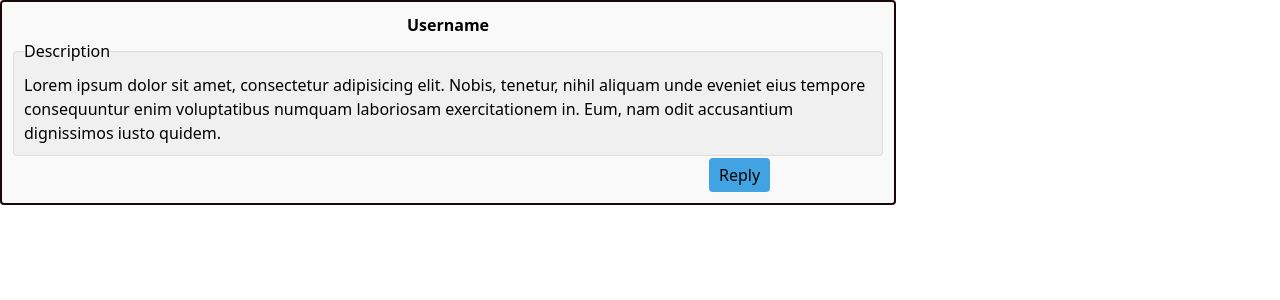
Repository: Yahya9102/Java22-ux22-Sideproject-main
Page: /
An editor plug-in stored every save of this project. The page is shown before and after the next save, followed by the edit.
The browser window is 1280 px wide. The pictures show the whole page.
The project was rebuilt for these pictures with package versions that can differ from the ones it lists, and the page was loaded fresh each time. The framework's server and built-in components were replaced by stand-ins that run in the browser. Also part of the build but not shown: next.config.js.

Above is the page before, as saved 2023-04-13 10:23:35.

### pages/index.tsx
import { NextPage } from "next"
import Body from "@/p-components/body"

interface Props {}

const Index: NextPage<Props> = ({}) => {
  return (
    <div>
      <Body />
    </div>
  )
}

export default Index

### styles/globals.css
@tailwind base;
@tailwind components;
@tailwind utilities;
/*
:root {
  --max-width: 1100px;
  --border-radius: 12px;
  --font-mono: ui-monospace, Menlo, Monaco, "Cascadia Mono", "Segoe UI Mono",
    "Roboto Mono", "Oxygen Mono", "Ubuntu Monospace", "Source Code Pro",
    "Fira Mono", "Droid Sans Mono", "Courier New", monospace;

  --foreground-rgb: 0, 0, 0;
  --background-start-rgb: 214, 219, 220;
  --background-end-rgb: 255, 255, 255;

  --primary-glow: conic-gradient(
    from 180deg at 50% 50%,
    #16abff33 0deg,
    #0885ff33 55deg,
    #54d6ff33 120deg,
    #0071ff33 160deg,
    transparent 360deg
  );
  --secondary-glow: radial-gradient(
    rgba(255, 255, 255, 1),
    rgba(255, 255, 255, 0)
  );

  --tile-start-rgb: 239, 245, 249;
  --tile-end-rgb: 228, 232, 233;
  --tile-border: conic-gradient(
    #00000080,
    #00000040,
    #00000030,
    #00000020,
    #00000010,
    #00000010,
    #00000080
  );

  --callout-rgb: 238, 240, 241;
  --callout-border-rgb: 172, 175, 176;
  --card-rgb: 180, 185, 188;
  --card-border-rgb: 131, 134, 135;
}

@media (prefers-color-scheme: dark) {
  :root {
    --foreground-rgb: 255, 255, 255;
    --background-start-rgb: 0, 0, 0;
    --background-end-rgb: 0, 0, 0;

    --primary-glow: radial-gradient(rgba(1, 65, 255, 0.4), rgba(1, 65, 255, 0));
    --secondary-glow: linear-gradient(
      to bottom right,
      rgba(1, 65, 255, 0),
      rgba(1, 65, 255, 0),
      rgba(1, 65, 255, 0.3)
    );

    --tile-start-rgb: 2, 13, 46;
    --tile-end-rgb: 2, 5, 19;
    --tile-border: conic-gradient(
      #ffffff80,
      #ffffff40,
      #ffffff30,
      #ffffff20,
      #ffffff10,
      #ffffff10,
      #ffffff80
    );

    --callout-rgb: 20, 20, 20;
    --callout-border-rgb: 108, 108, 108;
    --card-rgb: 100, 100, 100;
    --card-border-rgb: 200, 200, 200;
  }
}

* {
  box-sizing: border-box;
  padding: 0;
  margin: 0;
}

html,
body {
  max-width: 100vw;
  overflow-x: hidden;
}

body {
  color: rgb(var(--foreground-rgb));
  background: linear-gradient(
      to bottom,
      transparent,
      rgb(var(--background-end-rgb))
    )
    rgb(var(--background-start-rgb));
}

a {
  color: inherit;
  text-decoration: none;
}

@media (prefers-color-scheme: dark) {
  html {
    color-scheme: dark;
  }
}
*/

### p-components/body.tsx
import { NextPage } from "next"
import styles from "p-components/styles/body.module.css"

interface Props {}

const Body: NextPage<Props> = ({}) => {
  return (
    <fieldset className={styles.fieldset_body}>
      <table>
        <thead>
          <tr>
            <th className={styles.tableHeader_body}>Username</th>
          </tr>
        </thead>

        <tbody>
          <tr>
            <td>
              <fieldset className={styles.fieldset_row}>
                <legend>Description</legend>
                <p>
                  Lorem ipsum dolor sit amet, consectetur adipisicing elit.
                  Nobis, tenetur, nihil aliquam unde eveniet eius tempore
                  consequuntur enim voluptatibus numquam laboriosam
                  exercitationem in. Eum, nam odit accusantium dignissimos iusto
                  quidem.
                </p>
              </fieldset>
            </td>
          </tr>

          <tr>
            <td>
              <button className={styles.table_button}>Reply</button>
            </td>
          </tr>
        </tbody>
      </table>
    </fieldset>
  )
}

export default Body

### p-components/styles/body.module.css
/* Add a background color and border to the fieldset */
.fieldset_body {
  background-color: #f9f9f9;
  border: 2px solid rgb(23, 9, 9);
  border-radius: 4px;
  padding: 10px;
  width: 70%;
}

.table_button {
  background-color: #41a3e1;
  border-radius: 4px;
  padding: 5px 10px;
  margin-left: 80%;
}

.fieldset_row {
  background-color: #f0f0f0;
  border: 1px solid #ddd;
  border-radius: 4px;
  padding: 10px;
}

Loaded but not shown: pages/_app.tsx (common file); pages/_document.tsx (common file); tailwind.config.js (common file)

After the next save:
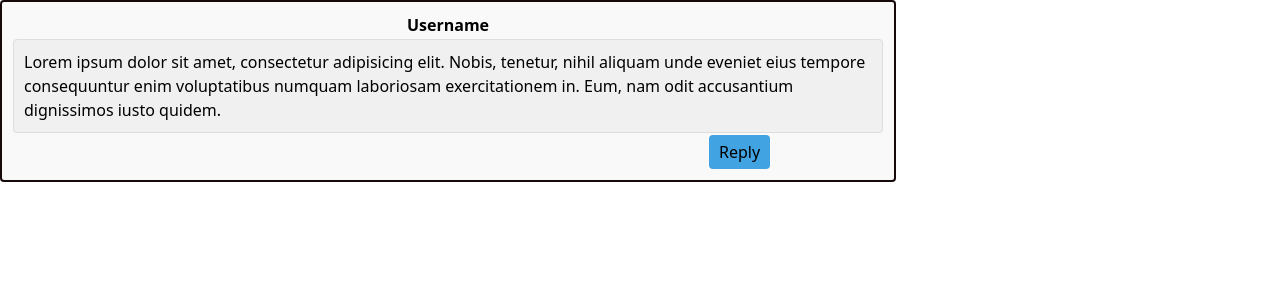
Saved 16 s later.
--- a/p-components/body.tsx
+++ b/p-components/body.tsx
@@ -17,7 +17,6 @@ const Body: NextPage<Props> = ({}) => {
           <tr>
             <td>
               <fieldset className={styles.fieldset_row}>
-                <legend>Description</legend>
                 <p>
                   Lorem ipsum dolor sit amet, consectetur adipisicing elit.
                   Nobis, tenetur, nihil aliquam unde eveniet eius tempore
